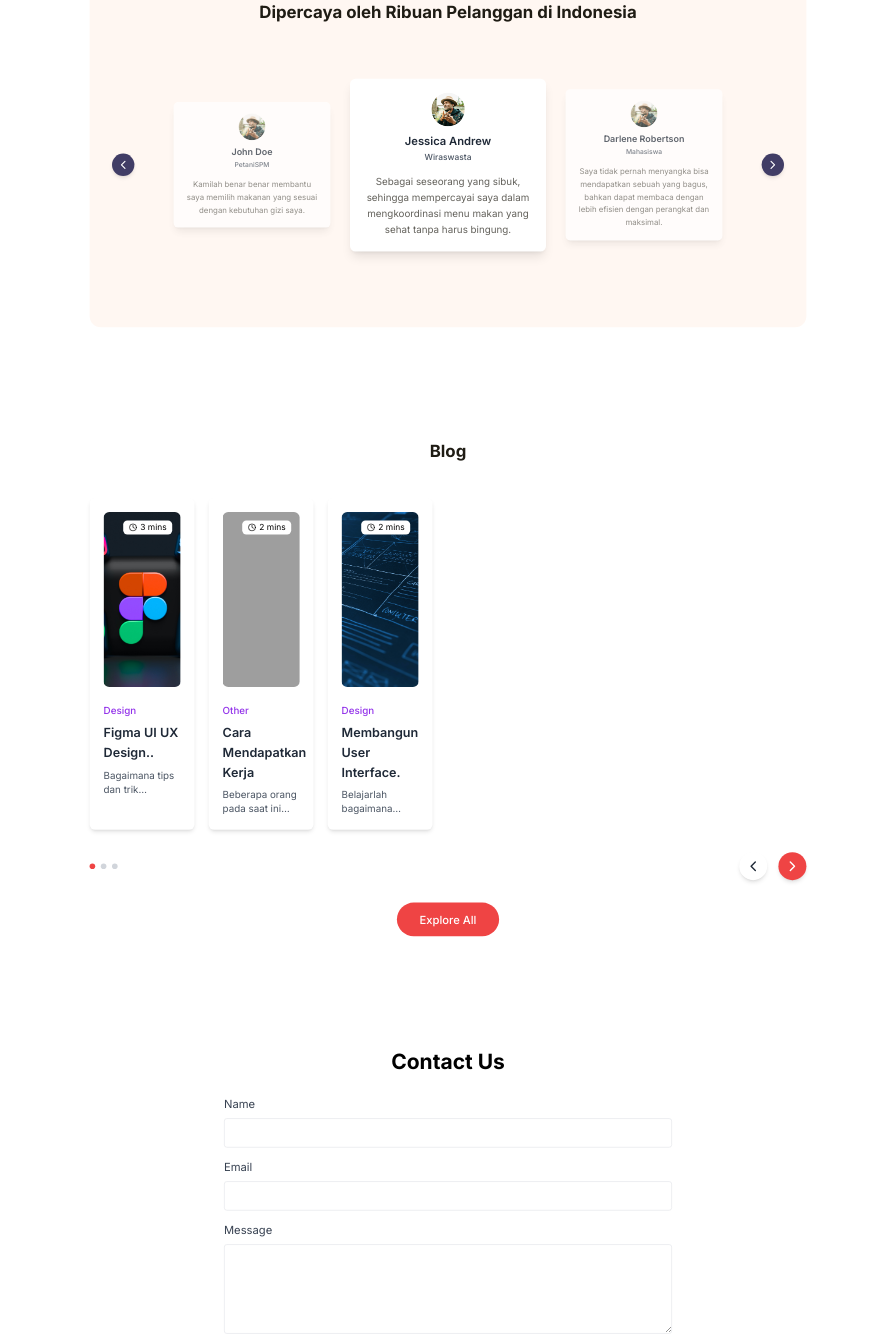
Repository: kalorizeofficial/new-main-web-kalorize
Page: /
The author's editor kept a copy of each file at every save. The page is drawn from the files as they stood at one save, then again after the next save.
The browser window is 1280 px wide. The pictures show the part of the page from y = 648 to 2568 px (the page is 2965 px tall), at 70% of full size.
Pictures or frames that could not be fetched are drawn as grey boxes. The project was rebuilt for these pictures with package versions that can differ from the ones it lists, and the page was loaded fresh each time.

Above is the page before, as saved 2025-02-23 16:15:24.

### src/index.css
@import url("https://fonts.googleapis.com/css2?family=Inter:wght@100;200;300;400;500;600;700;800;900&display=swap");
@tailwind base;
@tailwind components;
@tailwind utilities;

### src/App.jsx
import Navbar from "./components/layout/Navbar";
import Partner from "./pages/partner";
import Testimoni from "./pages/testimoni";
import Blog from "./pages/blog";
import Contact from "./pages/contact";
import Footer from "./components/layout/Footer";

function App() {
  return (
    <div className="min-h-screen flex flex-col">
      <Navbar />
      <main className="flex-grow">
        <Partner />
        <Testimoni />
        <Blog />
        <Contact />
      </main>
      <Footer />
    </div>
  );
}

export default App;

### src/components/layout/Navbar.jsx

function Navbar() {
  return (
    <nav class="bg-white border-gray-200 dark:bg-gray-900">
    <div class="max-w-screen-xl flex flex-wrap items-center justify-between mx-auto p-4">
        <a href="https://flowbite.com/" class="flex items-center space-x-3 rtl:space-x-reverse">
            <img src="https://flowbite.com/docs/images/logo.svg" class="h-8" alt="Flowbite Logo" />
            <span class="self-center text-2xl font-semibold whitespace-nowrap dark:text-white">Flowbite</span>
        </a>
        <button data-collapse-toggle="navbar-default" type="button" class="inline-flex items-center p-2 w-10 h-10 justify-center text-sm text-gray-500 rounded-lg md:hidden hover:bg-gray-100 focus:outline-none focus:ring-2 focus:ring-gray-200 dark:text-gray-400 dark:hover:bg-gray-700 dark:focus:ring-gray-600" aria-controls="navbar-default" aria-expanded="false">
            <span class="sr-only">Open main menu</span>
            <svg class="w-5 h-5" aria-hidden="true" xmlns="http://www.w3.org/2000/svg" fill="none" viewBox="0 0 17 14">
                <path stroke="currentColor" stroke-linecap="round" stroke-linejoin="round" stroke-width="2" d="M1 1h15M1 7h15M1 13h15"/>
            </svg>
        </button>
        <div class="hidden w-full md:block md:w-auto" id="navbar-default">
        <ul class="font-medium flex flex-col p-4 md:p-0 mt-4 border border-gray-100 rounded-lg bg-gray-50 md:flex-row md:space-x-8 rtl:space-x-reverse md:mt-0 md:border-0 md:bg-white dark:bg-gray-800 md:dark:bg-gray-900 dark:border-gray-700">
            <li>
            <a href="#" class="block py-2 px-3 text-white bg-blue-700 rounded-sm md:bg-transparent md:text-blue-700 md:p-0 dark:text-white md:dark:text-blue-500" aria-current="page">Home</a>
            </li>
            <li>
            <a href="#" class="block py-2 px-3 text-gray-900 rounded-sm hover:bg-gray-100 md:hover:bg-transparent md:border-0 md:hover:text-blue-700 md:p-0 dark:text-white md:dark:hover:text-blue-500 dark:hover:bg-gray-700 dark:hover:text-white md:dark:hover:bg-transparent">About</a>
            </li>
            <li>
            <a href="#" class="block py-2 px-3 text-gray-900 rounded-sm hover:bg-gray-100 md:hover:bg-transparent md:border-0 md:hover:text-blue-700 md:p-0 dark:text-white md:dark:hover:text-blue-500 dark:hover:bg-gray-700 dark:hover:text-white md:dark:hover:bg-transparent">Services</a>
            </li>
            <li>
            <a href="#" class="block py-2 px-3 text-gray-900 rounded-sm hover:bg-gray-100 md:hover:bg-transparent md:border-0 md:hover:text-blue-700 md:p-0 dark:text-white md:dark:hover:text-blue-500 dark:hover:bg-gray-700 dark:hover:text-white md:dark:hover:bg-transparent">Pricing</a>
            </li>
            <li>
            <a href="#" class="block py-2 px-3 text-gray-900 rounded-sm hover:bg-gray-100 md:hover:bg-transparent md:border-0 md:hover:text-blue-700 md:p-0 dark:text-white md:dark:hover:text-blue-500 dark:hover:bg-gray-700 dark:hover:text-white md:dark:hover:bg-transparent">Contact</a>
            </li>
        </ul>
        </div>
    </div>
    </nav>
  );
}

export default Navbar;

### src/pages/partner.jsx
const Partner = () => {
  const partners = [
    {
      name: "Zoom",
      logo: "/images/partners/zoom.png",
    },
    {
      name: "Adobe Creative Cloud",
      logo: "/images/partners/adobe.png",
    },
    {
      name: "Slack",
      logo: "/images/partners/slack.png",
    },
    {
      name: "Dropbox",
      logo: "/images/partners/dropbox.png",
    },
    {
      name: "Google Drive",
      logo: "/images/partners/gdrive.png",
    },
  ];

  return (
    <section className="pt-[164px] pb-20 px-4">
      <h2 className="text-[24px] font-extrabold leading-[100%] text-center text-[#565656] mb-12">
        Partner Kami
      </h2>

      <div className="max-w-8xl mx-auto">
        <div className="flex flex-wrap justify-center items-center gap-20">
          {partners.map((partner, index) => (
            <div key={index} className="relative py-4">
              <img
                src={partner.logo}
                alt={`${partner.name} logo`}
                className="w-[140px] h-[140px] min-w-full min-h-full object-contain transition-shadow duration-200 hover:shadow-xl rounded-[25px]"
              />
            </div>
          ))}
        </div>
      </div>
    </section>
  );
};

export default Partner;

### src/pages/testimoni.jsx
import React, { useState } from "react";
import { ChevronLeft, ChevronRight } from "lucide-react";

const Testimonial = () => {
  const [currentSlide, setCurrentSlide] = useState(0);

  const testimonials = [
    {
      name: "Jessica Andrew",
      role: "Wiraswasta",
      image: "/images/testerProfile/24px.png",
      content:
        "Sebagai seseorang yang sibuk, sehingga mempercayai saya dalam mengkoordinasi menu makan yang sehat tanpa harus bingung.",
    },
    {
      name: "Darlene Robertson",
      role: "Mahasiswa",
      image: "/images/testerProfile/24px.png",
      content:
        "Saya tidak pernah menyangka bisa mendapatkan sebuah yang bagus, bahkan dapat membaca dengan lebih efisien dengan perangkat dan maksimal.",
    },
    {
      name: "John Doe",
      role: "PetaniSPM",
      image: "/images/testerProfile/24px.png",
      content:
        "Kamilah benar benar membantu saya memilih makanan yang sesuai dengan kebutuhan gizi saya.",
    },
  ];

  const nextSlide = () => {
    setCurrentSlide((prev) => (prev + 1) % testimonials.length);
  };

  const prevSlide = () => {
    setCurrentSlide(
      (prev) => (prev - 1 + testimonials.length) % testimonials.length
    );
  };

  return (
    <section className="py-16 bg-white">
      <section className="max-w-5xl mx-auto bg-[#FFF7F2] rounded-2xl px-8 py-8">
        <div className="max-w-4xl mx-auto">
          <h2 className="text-[24px] font-bold text-center text-[#1F1C14] mb-0">
            Dipercaya oleh Ribuan Pelanggan di Indonesia
          </h2>

          <div className="relative">
            <button
              onClick={prevSlide}
              className="absolute -left-8 top-1/2 -translate-y-1/2 bg-[#413D66] rounded-full p-1.5 shadow-md hover:bg-opacity-90 z-20"
            >
              <ChevronLeft className="w-5 h-5 text-white" />
            </button>

            <button
              onClick={nextSlide}
              className="absolute -right-8 top-1/2 -translate-y-1/2 bg-[#413D66] rounded-full p-1.5 shadow-md hover:bg-opacity-90 z-20"
            >
              <ChevronRight className="w-5 h-5 text-white" />
            </button>

            <div className="overflow-hidden">
              <div className="flex items-center justify-center min-h-[400px]">
                <div className="flex gap-2 items-center justify-center">
                  {testimonials.map((testimonial, index) => {
                    let position = index - currentSlide;
                    if (position < 0) {
                      position += testimonials.length;
                    }

                    const isActive = index === currentSlide;
                    const isPrev = position === testimonials.length - 1;
                    const isNext = position === 1;

                    return (
                      <div
                        key={index}
                        className="absolute transition-all duration-500 w-[280px]"
                        style={{
                          transform: `translateX(${
                            position === 0
                              ? "0%"
                              : position === 1
                              ? "100%"
                              : position === testimonials.length - 1
                              ? "-100%"
                              : "200%"
                          }) scale(${isActive ? 1 : 0.8})`,
                          opacity: isActive ? 1 : isPrev || isNext ? 0.7 : 0,
                          zIndex: isActive ? 10 : 0,
                        }}
                      >
                        <div className="bg-white rounded-lg px-5 py-5 shadow-lg text-center">
                          <div className="flex flex-col items-center">
                            <img
                              src={testimonial.image}
                              alt={testimonial.name}
                              className="w-[48px] h-[48px] rounded-full object-cover mb-2"
                            />
                            <h3 className="font-semibold text-gray-800 text-base mb-1">
                              {testimonial.name}
                            </h3>
                            <p className="text-gray-600 text-xs font-medium mb-4">
                              {testimonial.role}
                            </p>
                            <p className="text-[#1F1C14B2] text-sm leading-relaxed">
                              {testimonial.content}
                            </p>
                          </div>
                        </div>
                      </div>
                    );
                  })}
                </div>
              </div>
            </div>
          </div>
        </div>
      </section>
    </section>
  );
};

export default Testimonial;

### src/pages/blog.jsx
// Komponen Blog: Menampilkan carousel blog posts dengan navigasi
// dan tombol eksplorasi. Komponen ini menggunakan state untuk
// mengatur slide yang aktif.

import React, { useState } from "react";
import { Clock, ChevronLeft, ChevronRight } from "lucide-react";

const Blog = () => {
  // State untuk mengontrol slide yang sedang aktif
  const [currentSlide, setCurrentSlide] = useState(0);

  // Data blog posts yang akan ditampilkan dalam carousel
  const blogPosts = [
    {
      image: "/images/blog/blog1.jpeg",
      category: "Design",
      title: "Figma UI UX Design..",
      description:
        "Bagaimana tips dan trik menguasai figma untuk UI UX Design hanya dengan hitungan jam saja",
      readTime: "3 mins",
    },
    {
      image: "/images/blog/blog2.jpeg",
      category: "Other",
      title: "Cara Mendapatkan Kerja",
      description:
        "Beberapa orang pada saat ini mulai merasakan kesulitannya dalam mencari kerja",
      readTime: "2 mins",
    },
    {
      image: "/images/blog/blog3.jpeg",
      category: "Design",
      title: "Membangun User Interface.",
      description:
        "Belajarlah bagaimana membangun ui ux yang benar berdasarkan panduan yang ada",
      readTime: "2 mins",
    },
  ];

  // Fungsi untuk berpindah ke slide berikutnya
  // Menggunakan modulo untuk kembali ke awal jika sudah di slide terakhir
  const nextSlide = () => {
    setCurrentSlide((prev) => (prev + 1) % blogPosts.length);
  };

  // Fungsi untuk berpindah ke slide sebelumnya
  // Menggunakan modulo dan penambahan length untuk handling negative index
  const prevSlide = () => {
    setCurrentSlide((prev) => (prev - 1 + blogPosts.length) % blogPosts.length);
  };

  // Fungsi untuk langsung berpindah ke slide tertentu
  // Digunakan oleh navigation dots
  const goToSlide = (index) => {
    setCurrentSlide(index);
  };

  return (
    <section className="py-16 bg-white">
      {/* Container utama dengan max-width dan centering */}
      <div className="max-w-5xl mx-auto rounded-2xl">
        {/* Judul section */}
        <h2 className="text-[24px] font-bold text-center text-[#1F1C14] pt-8 mb-12">
          Blog
        </h2>

        <div className="relative px-0">
          {/* Carousel blog posts */}
          <div className="flex gap-5">
            {/* Map through blogPosts dan render setiap post */}
            {blogPosts.map((post, index) => (
              <div
                key={index}
                className={`w-[150px] flex-none bg-white rounded-lg overflow-hidden shadow-md transition-opacity duration-300 p-5 ${
                  index === currentSlide ? "opacity-100" : "opacity-100"
                }`}
              >
                <div className="relative rounded-lg overflow-hidden">
                  <img
                    src={post.image}
                    alt={post.title}
                    className="w-full h-[250px] object-cover" // Mengubah tinggi gambar
                  />
                  <div className="absolute top-3 right-3 bg-white rounded-md px-2 py-0.5 flex items-center gap-1">
                    <Clock className="w-3 h-3" />
                    <span className="text-xs">{post.readTime}</span>
                  </div>
                </div>

                <div className="mt-5">
                  <span className="text-purple-600 text-sm font-medium">
                    {post.category}
                  </span>
                  <h3 className="mt-2 text-lg font-semibold text-gray-800">
                    {post.title}
                  </h3>
                  <p className="mt-2 text-gray-600 text-sm line-clamp-2">
                    {post.description}
                  </p>
                </div>
              </div>
            ))}
          </div>

          {/* Navigasi dot dan arrow */}
          <div className="flex justify-between items-center my-8">
            <div className="flex gap-2">
              {blogPosts.map((_, index) => (
                <button
                  key={index}
                  onClick={() => goToSlide(index)}
                  className={`w-2 h-2 rounded-full transition-colors ${
                    index === currentSlide ? "bg-red-500" : "bg-gray-300"
                  }`}
                />
              ))}
            </div>

            <div className="flex gap-4">
              <button
                onClick={prevSlide}
                className="bg-white rounded-full p-2 shadow-md hover:bg-gray-50 text-gray-800"
              >
                <ChevronLeft className="w-6 h-6" />
              </button>

              <button
                onClick={nextSlide}
                className="bg-red-500 rounded-full p-2 shadow-md hover:bg-red-600 text-white"
              >
                <ChevronRight className="w-6 h-6" />
              </button>
            </div>
          </div>
        </div>

        {/* Tombol Explore All */}
        <div className="text-center pb-8">
          <button className="bg-red-500 text-white px-8 py-3 rounded-full font-medium hover:bg-red-600 transition-colors">
            Explore All
          </button>
        </div>
      </div>
    </section>
  );
};

export default Blog;

### src/pages/contact.jsx
function Contact() {
  return (
    <section className="bg-white py-16">
      <div className="container mx-auto px-4 max-w-2xl">
        <h2 className="text-3xl font-bold text-center mb-8">Contact Us</h2>
        <form className="space-y-4">
          <div>
            <label className="block text-gray-700 mb-2">Name</label>
            <input type="text" className="w-full p-2 border rounded" />
          </div>
          <div>
            <label className="block text-gray-700 mb-2">Email</label>
            <input type="email" className="w-full p-2 border rounded" />
          </div>
          <div>
            <label className="block text-gray-700 mb-2">Message</label>
            <textarea className="w-full p-2 border rounded h-32"></textarea>
          </div>
          <button
            type="submit"
            className="bg-blue-600 text-white px-6 py-2 rounded"
          >
            Send Message
          </button>
        </form>
      </div>
    </section>
  );
}

export default Contact;

### src/components/layout/Footer.jsx
function Footer() {
  return (
    <footer className="bg-gray-900 text-white py-8">
      <div className="container mx-auto px-4">
        <div className="grid grid-cols-1 md:grid-cols-3 gap-8">
          <div>
            <h3 className="text-xl font-bold mb-4">About Us</h3>
            <p>Short description about your company</p>
          </div>
          <div>
            <h3 className="text-xl font-bold mb-4">Quick Links</h3>
            <ul className="space-y-2">
              <li>
                <a href="#" className="hover:text-blue-400">
                  Home
                </a>
              </li>
              <li>
                <a href="#" className="hover:text-blue-400">
                  Services
                </a>
              </li>
              <li>
                <a href="#" className="hover:text-blue-400">
                  Contact
                </a>
              </li>
            </ul>
          </div>
          <div>
            <h3 className="text-xl font-bold mb-4">Contact Info</h3>
            <p>Email: info@example.com</p>
            <p>Phone: (123) 456-7890</p>
          </div>
        </div>
        <div className="text-center mt-8 pt-8 border-t border-gray-800">
          <p>&copy; 2024 Your Company. All rights reserved.</p>
        </div>
      </div>
    </footer>
  );
}

export default Footer;

### tailwind.config.js
/** @type {import('tailwindcss').Config} */
module.exports = {
  content: ["./src/**/*.{js,jsx,ts,tsx}"],
  theme: {
    extend: {
      fontFamily: {
        sans: ["Inter", "sans-serif"],
      },
    },
  },
  plugins: [],
};

Loaded but not shown: public/index.html (common file); src/index.js (common file)

After the next save:
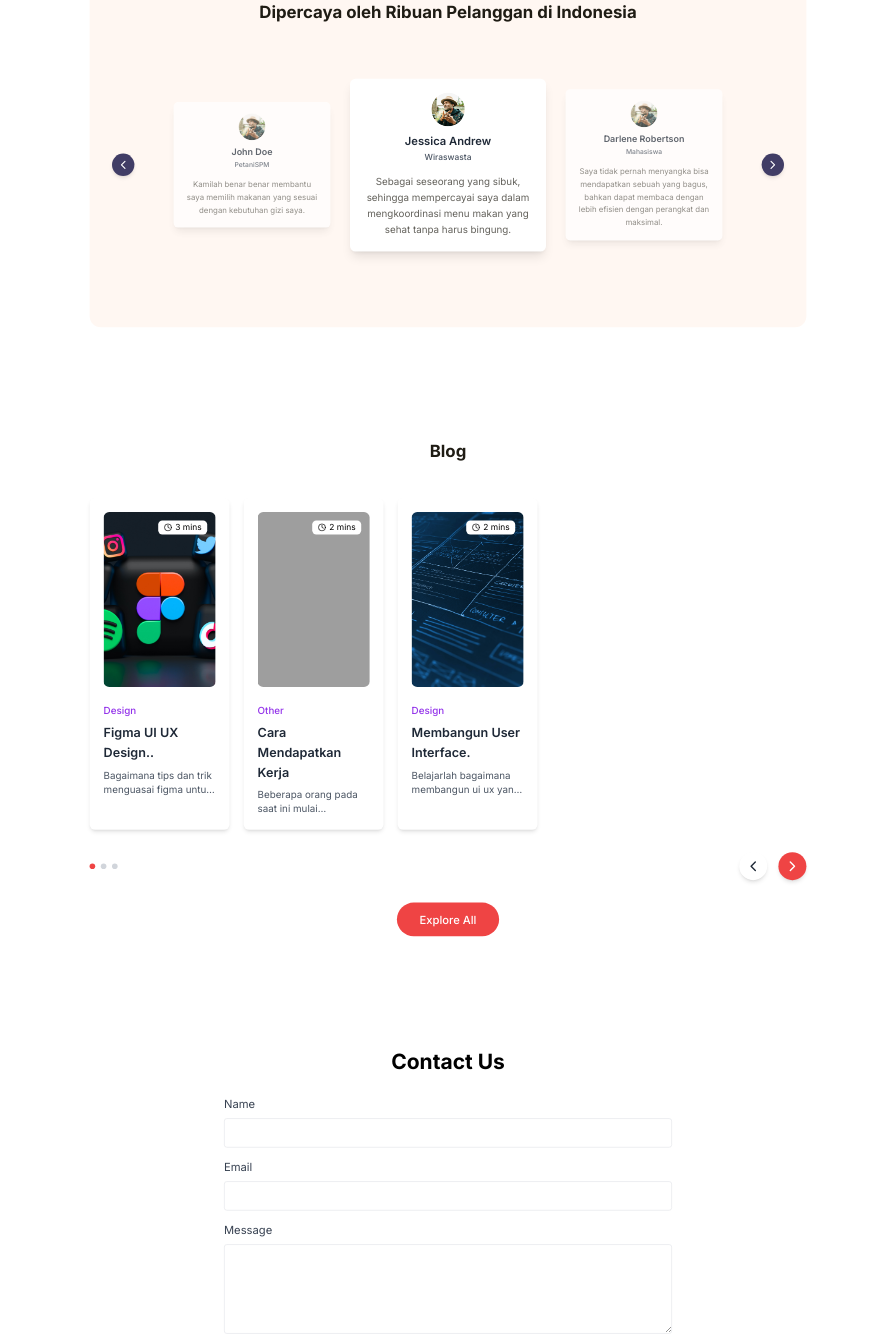
Saved 7 s later.
--- a/src/pages/blog.jsx
+++ b/src/pages/blog.jsx
@@ -71,7 +71,7 @@
             {blogPosts.map((post, index) => (
               <div
                 key={index}
-                className={`w-[150px] flex-none bg-white rounded-lg overflow-hidden shadow-md transition-opacity duration-300 p-5 ${
+                className={`w-[200px] flex-none bg-white rounded-lg overflow-hidden shadow-md transition-opacity duration-300 p-5 ${
                   index === currentSlide ? "opacity-100" : "opacity-100"
                 }`}
               >
